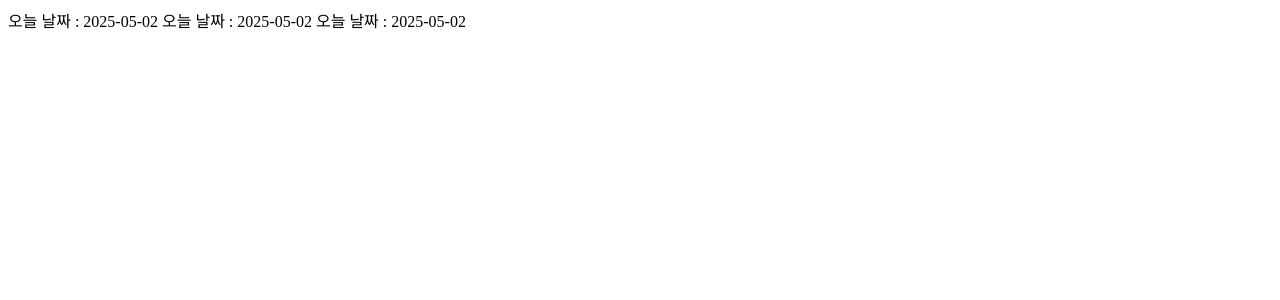
Repository: iamstudybox00/JSP_Servlet
Page: http://localhost/MustHaveJSP/01DirectiveScript/IncludeMain.jsp
An editor plug-in stored every save of this project. The page is shown before and after the next save, followed by the edit.
The browser window is 1280 px wide. The pictures show the whole page.
The page is served by Tomcat 10.

Above is the page before, as saved 2025-05-02 04:01:21.

After the next save:
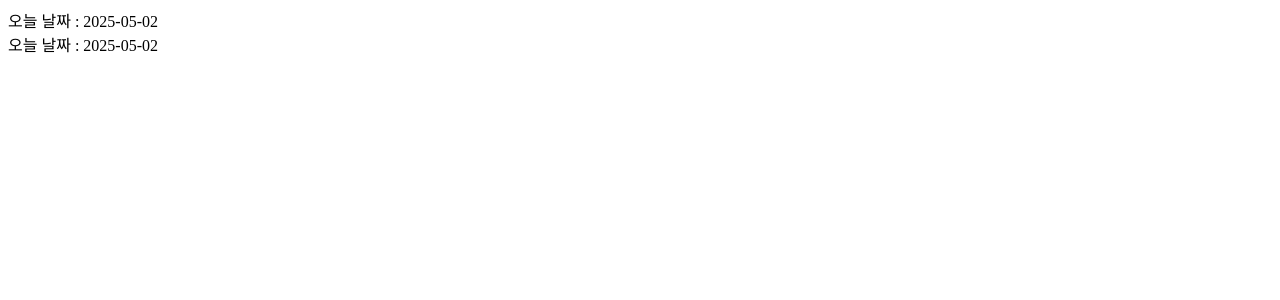
Saved 6 s later.
--- a/MustHaveJSP/src/main/webapp/01DirectiveScript/IncludeMain.jsp
+++ b/MustHaveJSP/src/main/webapp/01DirectiveScript/IncludeMain.jsp
@@ -10,7 +10,7 @@
 	<body>
 		<%
 		out.println("오늘 날짜 : " + today);
-		out.println("오늘 날짜 : " + today);
+		out.println("<br/>");
 		out.println("오늘 날짜 : " + today);
 		%>
 	</body>
